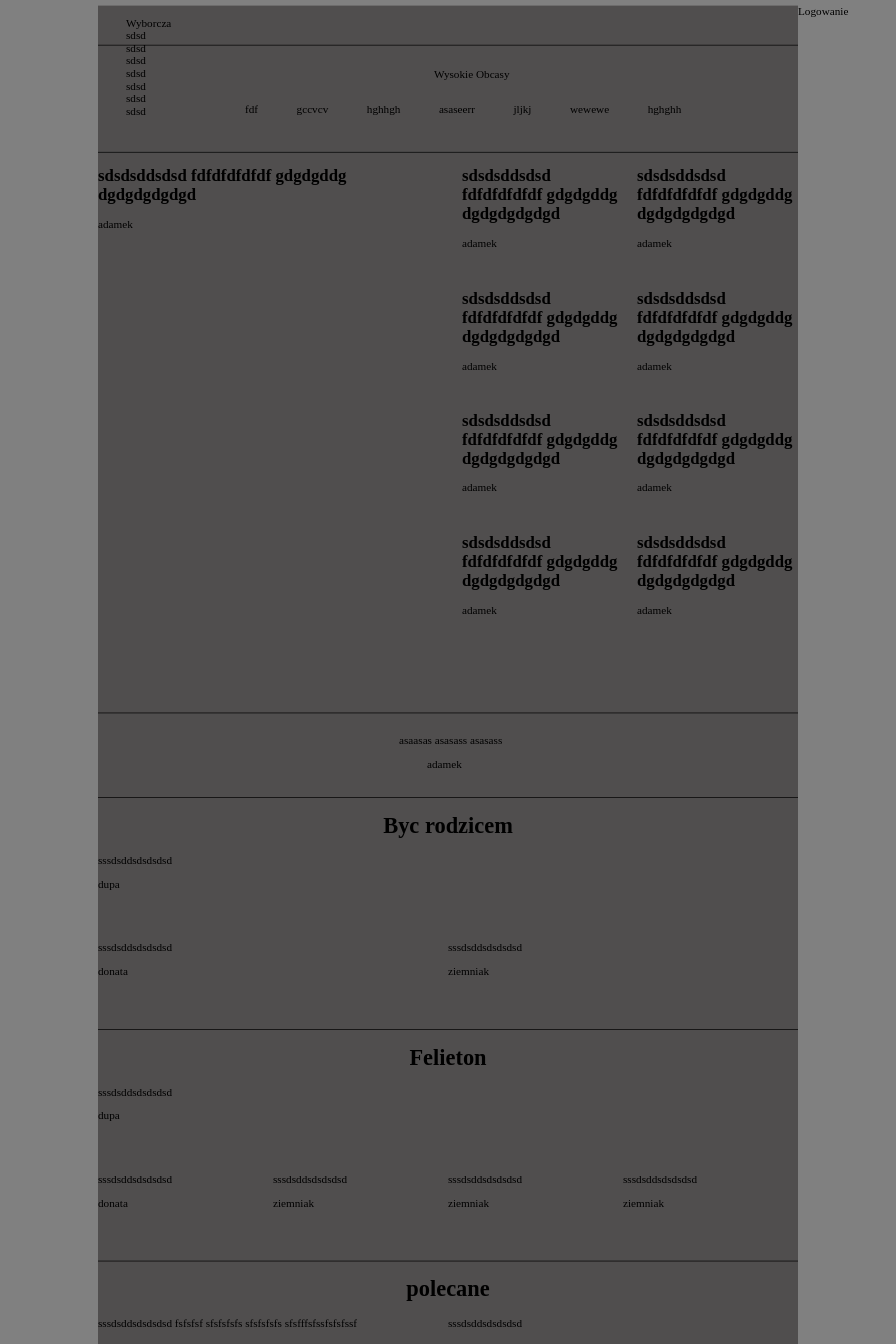
Repository: kq333/pitupitu.pl
Page: index.html
These files come from the project's save history. The page is drawn as it stood at one moment and after the next save; the edit follows.
The browser window is 1280 px wide. The pictures show the part of the page from y = 0 to 1920 px (the page is 2781 px tall), at 70% of full size.
The style sheet was rebuilt from its Sass, Less or Tailwind sources for each picture, by a compiler version that may differ from the author's.

Above is the page before, as saved 2020-11-04 13:23:33.

### index.html
<!DOCTYPE html>
<html lang="en">
<head>
    <meta charset="UTF-8">
    <meta name="viewport" content="width=device-width, initial-scale=1.0">
    <title>Document</title>
    <link rel="stylesheet" href="style/style.css">
</head>
<body>


<div id="container">
  <div id="content">
    <div id=bar>
        <ul class="ul_bar">Wyborcza
            <li>sdsd</li>
            <li>sdsd</li>
            <li>sdsd</li>
            <li>sdsd</li>
            <li>sdsd</li>
            <li>sdsd</li>
            <li>sdsd</li>
        </ul>
        <div class="loging">
            Logowanie
        </div>
    </div>
            <div id="logo"><p>Wysokie Obcasy</p>
                <ul class="ul_bar2">
                    <li>fdf</li>
                    <li>gccvcv</li>
                    <li>hghhgh</li>
                    <li>asaseerr</li>
                    <li>jljkj</li>
                    <li>wewewe</li>
                    <li>hghghh</li>
                </ul>


            </div>


           <div>

                <div class="block_1">
                    <div class="art1">
                        <article>
                        <h1>sdsdsddsdsd fdfdfdfdfdf gdgdgddg dgdgdgdgdgd</h1>


                            <p class="autor_name">adamek</p>
                        </article>
                    </div>

                    <div class="art2">
                            <article>
                                <h1>sdsdsddsdsd fdfdfdfdfdf gdgdgddg dgdgdgdgdgd</h1>


                                <p class="autor_name">adamek</p>
                            </article>
                     </div>
                     <div class="art3">
                            <article>
                                <h1>sdsdsddsdsd fdfdfdfdfdf gdgdgddg dgdgdgdgdgd</h1>


                                <p class="autor_name">adamek</p>
                            </article>
                      </div>
                      <div class="art4">
                            <article>
                                <h1>sdsdsddsdsd fdfdfdfdfdf gdgdgddg dgdgdgdgdgd</h1>


                                <p class="autor_name">adamek</p>
                            </article>
                       </div>
                            <div class="art5">
                                <article>
                                    <h1>sdsdsddsdsd fdfdfdfdfdf gdgdgddg dgdgdgdgdgd</h1>


                                    <p class="autor_name">adamek</p>
                                </article>
                            </div>
                                 <div class="art6">
                                    <article>
                                        <h1>sdsdsddsdsd fdfdfdfdfdf gdgdgddg dgdgdgdgdgd</h1>


                                        <p class="autor_name">adamek</p>
                                    </article>
                                 </div>
                                    <div class="art7">

                                        <article>
                                            <h1>sdsdsddsdsd fdfdfdfdfdf gdgdgddg dgdgdgdgdgd</h1>


                                            <p class="autor_name">adamek</p>
                                        </article>
                                    </div>

                                    <div class="art8">
                                            <article>
                                                <h1>sdsdsddsdsd fdfdfdfdfdf gdgdgddg dgdgdgdgdgd</h1>


                                                <p class="autor_name">adamek</p>
                                            </article>
                                    </div>
                                        <div class="art9">
                                                <article>

                                                    <h1>sdsdsddsdsd fdfdfdfdfdf gdgdgddg dgdgdgdgdgd</h1>


                                                    <p class="autor_name">adamek</p>
                                                </article>
                                        </div>
                </div>


                     <div class="quotes">
                         <p1>asaasas asasass asasass</p1>

                        <p class="autor_name">adamek</p>

                    </div>





                  <div class="section">
                    <header>
                        <h1>Byc rodzicem</h1>

                    </header>
                    </div>


                        <section class="family">


                                <div class="art10">
                                    <article> sssdsddsdsdsdsd
                                        <p class="autor_name">dupa</p>

                                    </article>

                                </div>
                                <div class="art11">
                                        <article> sssdsddsdsdsdsd
                                            <p class="autor_name">donata</p>

                                        </article>
                                </div>
                                    <div class="art12">
                                            <article> sssdsddsdsdsdsd
                                                <p class="autor_name">ziemniak</p>

                                            </article>
                                    </div>

                        </section>

                        <div class="section">
                        <header>
                            <h1>Felieton</h1>
                        </header>
                    </div>

                        <section class="column">

                            <div class="art13">
                                    <article> sssdsddsdsdsdsd
                                        <p class="autor_name">dupa</p>

                                    </article>

                            </div>
                                <div class="art14">
                                    <article> sssdsddsdsdsdsd
                                        <p class="autor_name">donata</p>

                                    </article>
                                </div>
                                     <div class="art15">
                                        <article> sssdsddsdsdsdsd
                                            <p class="autor_name">ziemniak</p>

                                        </article>
                                    </div>

                                        <div class="art16">
                                            <article> sssdsddsdsdsdsd
                                                <p class="autor_name">ziemniak</p>

                                            </article>
                                        </div>

                                        <div class="art17">
                                            <article> sssdsddsdsdsdsd
                                                <p class="autor_name">ziemniak</p>

                                            </article>
                                        </div>

                        </section>
                        <div class="section">
                        <header>
                            <h1>polecane</h1>

                        </header>
                    </div>

                            <section class="recommended">


                                    <div class="art18">
                                        <article> sssdsddsdsdsdsd
                                            fsfsfsf sfsfsfsfs sfsfsfsfs
                                            sfsfffsfssfsfsfssf
                                            <p class="autor_name">dupa</p>

                                        </article>
                                    </div>
                                        <div class="art19">
                                            <article> sssdsddsdsdsdsd
                                                <p class="autor_name">donata</p>

                                            </article>
                                        </div>
                                            <div class="art20">

                                                <article> sssdsddsdsdsdsd
                                                    <p class="autor_name">ziemniak</p>
                                                </article>
                                            </div>
                                                <div class="art21">
                                                    <article> sssdsddsdsdsdsd
                                                        <p class="autor_name">ziemniak</p>
                                                    </article>
                                                </div>
                                                    <div class="art22">
                                                        <article> sssdsddsdsdsdsd
                                                            <p class="autor_name">ziemniak</p>


                                                        </article>
                                                    </div>
                                                        <div class="art23">
                                                            <article> sssdsddsdsdsdsd
                                                                <p class="autor_name">ziemniak</p>


                                                            </article>
                                                        </div>

                                                            <div class="art24">
                                                                <article> sssdsddsdsdsdsd
                                                                    <p class="autor_name">ziemniak</p>


                                                                </article>
                                                            </div>
                                                                <div class="art25">
                                                                    <article> sssdsddsdsdsdsd
                                                                        <p class="autor_name">ziemniak</p>


                                                                    </article>
                                                                </div>
                                                                <div class="art26">
                                                            <article> sssdsddsdsdsdsd
                                                                <p class="autor_name">ziemniak</p>


                                                            </article>
                                                            </div>



                            </section>

                            <div class="section">
                            <header>
                                <h1>wasze listy</h1>

                            </header>
                            </div>

                            <section class="letters">

                                <div class="art27">
                                    <article> sssdsddsdsdsdsd
                                        fsfsfsf sfsfsfsfs sfsfsfsfs
                                        sfsfffsfssfsfsfssf
                                        <p class="autor_name">dupa</p>

                                    </article>
                                </div>
                                <div class="art28">
                                    <article> sssdsddsdsdsdsd
                                        fsfsfsf sfsfsfsfs sfsfsfsfs
                                        sfsfffsfssfsfsfssf
                                        <p class="autor_name">dupa</p>

                                    </article>
                                </div>

                                <div class="art29">
                                    <article> sssdsddsdsdsdsd
                                        fsfsfsf sfsfsfsfs sfsfsfsfs
                                        sfsfffsfssfsfsfssf
                                        <p class="autor_name">dupa</p>

                                    </article>
                                </div>

                                <div class="art30">
                                    <article> sssdsddsdsdsdsd
                                        fsfsfsf sfsfsfsfs sfsfsfsfs
                                        sfsfffsfssfsfsfssf
                                        <p class="autor_name">dupa</p>

                                    </article>
                                </div>

                            </section>

                            <footer>
                                <div class="footer">sdsd 545 sd 45sd 4s5d5sd s54ds5 4</div>

                            </footer>



















































           </main>



  </div>




















</div>
</body>
</html>

### style/style.scss
body{
    background-color: grey;


}
#constainer{
    height: auto;
}

#content{
    margin:auto;
    background-color: rgb(80, 78, 78);
    width:1000px;

}


#bar{
    display:grid;
    grid-template-columns: auto auto;
    grid-template-areas: "ul_bar loging";

.ul_bar{
    width:960px;
    height: 40px;
    border-bottom: 1px solid black;
    grid-area: ul_bar;


li{
    list-style-type: none;
}

    }
.loging{
    grid-area: loging;
}

}




#logo{
    border-bottom: 1px solid black;
    width:1000px;
    height: 120px;
    p{
        margin-left:480px;
    }

    .ul_bar2{
        list-style-type: none;
        display:inline-flex;
        gap:55px;
        margin-left:170px;
    }
}

.block_1{
    width:1000px;
    height: auto;
    display:grid;
    grid-template-columns: 500px auto auto;
    .art1{
    grid-row-start: 1;
    grid-row-end: 9;
    height: 800px;;
    }
    gap: 20px;
}

.quotes{
    width: 940px;
    height: 60px;
    border-bottom: 1px solid black;
    border-top: 1px solid black;
    padding:30px;

    p1{
        margin-left: 400px;
        margin-top:130px;
    }
    p{
        margin-left: 440px;
    }

}

.section{
    text-align: center;
}
.family{
    width:1000px;
    height: 250px;
    border-bottom: 1px solid black;
    display:grid;
    grid-template-columns: auto auto;
    grid-template-areas: "art10 art10"
                          "art11 art12"  ;

.art10{
grid-area: art10;


}
.art11{
grid-area: art11;
}

.art12{
grid-area: art12;
}


}

.column{
    width:1000px;
    height: 250px;
    border-bottom: 1px solid black;
    display:grid;
    grid-template-columns: auto auto auto;
    grid-template-areas: "art13 art13 art13 art13"
                         " art14 art15 art16 art17"   ;

    .art13{

        grid-area: art13;


            }
    .art14{
        grid-area: art14;

     }

    .art15{
        grid-area: art15;
     }

     .art16{
        grid-area: art16;
     }

     .art17{
        grid-area: art17;
     }

    h1{
        margin-left:500px;

        }

}


.recommended{
    width:1000px;
    height: auto;
    border-bottom: 1px solid black;
    display:grid;
    grid-template-columns: repeat(2, 1fr);
    grid-template-areas: " art18   art19"
                         " art20   art19"
                         " art21  art22"
                         " art23  art22"
                         " art24  art25"
                         " art26  art25"
                         ;




.art18{
grid-area:art18;


}

.art19{
grid-area: art19;

 }

.art20{
grid-area: art20;


 }

.art21{
grid-area: art21;
 }

.art22{
grid-area: art22;
 }

.art23{
grid-area: art23;
 }

.art24{
grid-area: art24;

 }

.art25{
grid-area: art25;
 }

.art26{
grid-area: art26;
 }
};

.letters{
    width:1000px;
    height: 200px;

    display:grid;
    grid-template-columns: repeat(4, 1fr);
    grid-template-areas: "art27 art28 art29 art30";


.art27{
    grid-area: art27;
}

.art28{
    grid-area: art28;
}


.art29{
    grid-area: art29;
}

.art30{
    grid-area: art30;
}

}

.footer{
    border-bottom: 1px solid black;
    border-top: 1px solid black;
    background-color: red;
    height: 200px;
 }

After the next save:
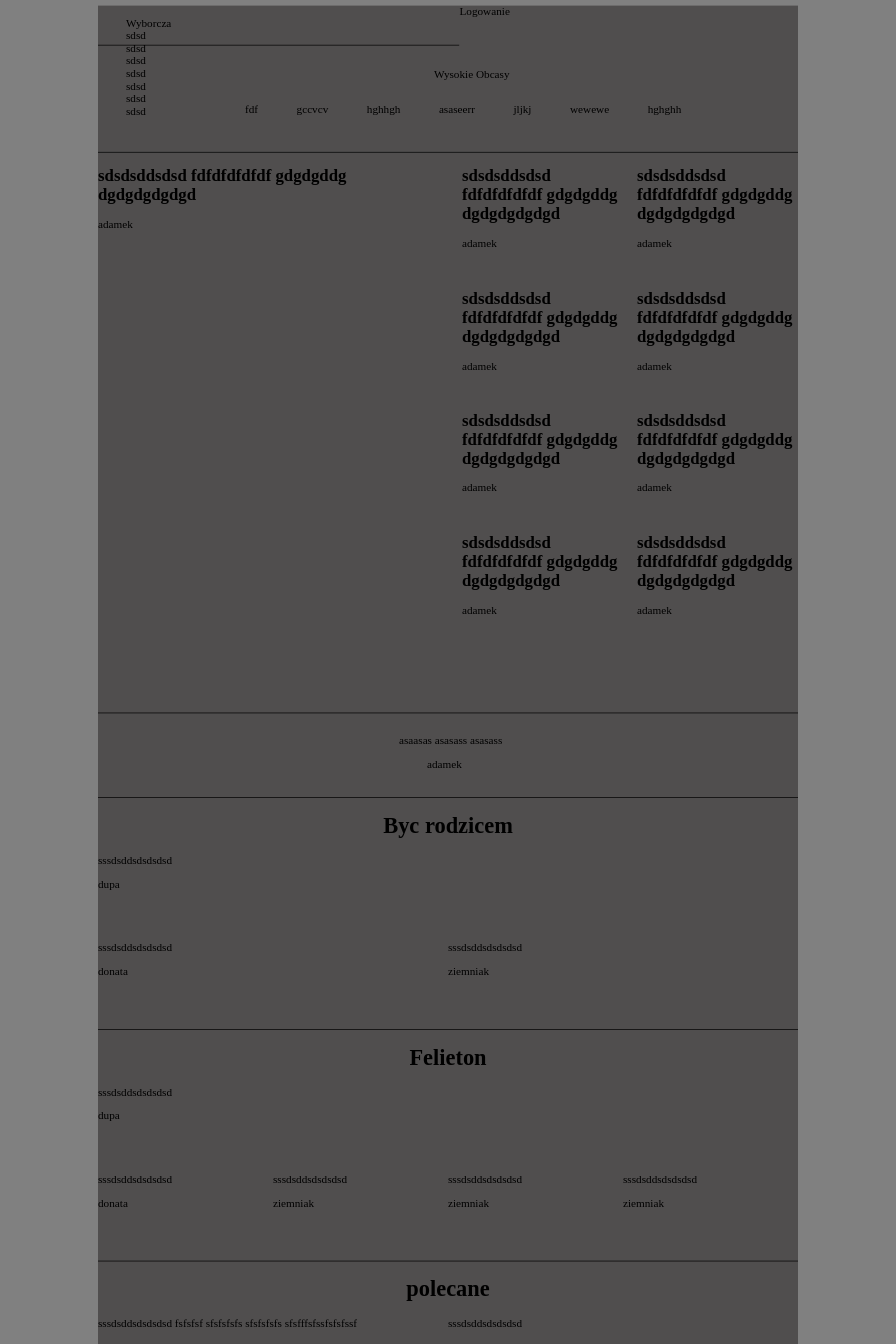
Saved 93 s later.
--- a/style/style.scss
+++ b/style/style.scss
@@ -21,7 +21,7 @@ body{
     grid-template-areas: "ul_bar loging";
 
 .ul_bar{
-    width:960px;
+
     height: 40px;
     border-bottom: 1px solid black;
     grid-area: ul_bar;
